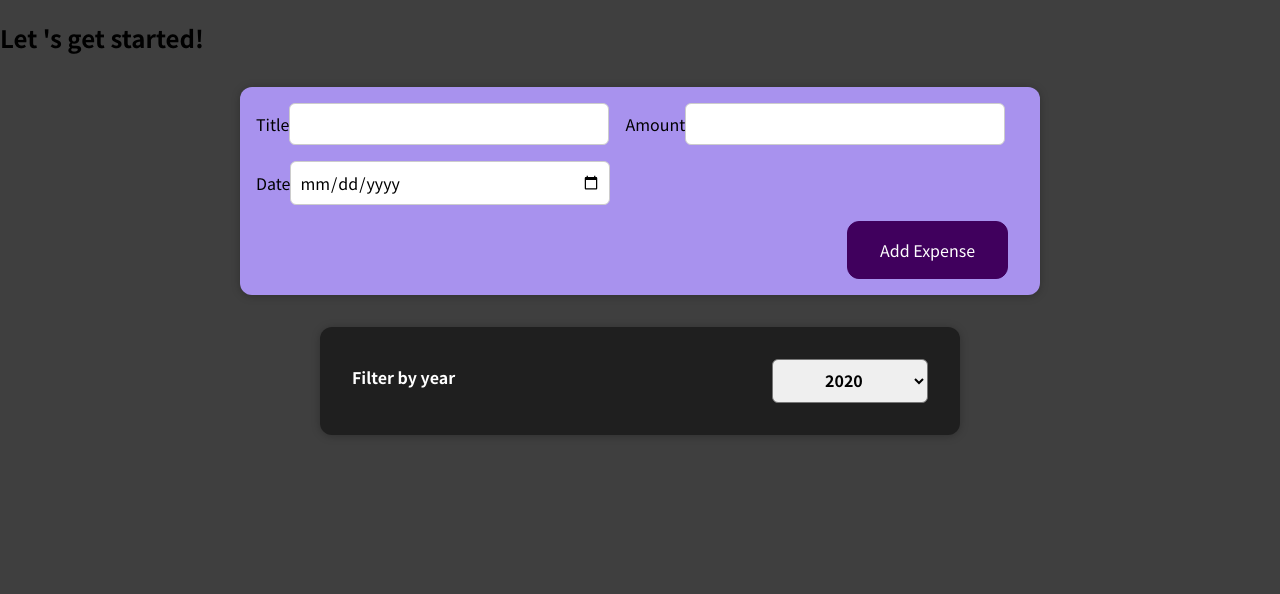
Repository: prathmeshgodbole/react-complete
Page: /
These files come from the project's save history. The page is drawn as it stood at one moment and after a run of saves; the edit follows.
The browser window is 1280 px wide. The pictures show the whole page.
The project was rebuilt for these pictures with package versions that can differ from the ones it lists, and the page was loaded fresh each time. Also part of the build but not shown: src/components/Expenses/ExpensesList.css.

Above is the page before, as saved 2021-07-06 17:06:21.

### src/App.js
import React,{useState} from "react";
import Expenses from "./components/Expenses/Expenses";
import NewExpense from "./components/NewExpense/NewExpense";

const DUMMY_EXPENSES = [
  {
    id: 'e1',
    title: 'Toilet Paper',
    amount: 94.12,
    date: new Date(2020, 7, 14),
  },
  { id: 'e2', title: 'New TV', amount: 799.49, date: new Date(2021, 2, 12) },
  {
    id: 'e3',
    title: 'Car Insurance',
    amount: 294.67,
    date: new Date(2021, 2, 28),
  },
  {
    id: 'e4',
    title: 'New Desk (Wooden)',
    amount: 450,
    date: new Date(2021, 5, 12),
  },
];

  const App=()=>{
    const[expenses,setExpenses]=useState(DUMMY_EXPENSES);

  const addExpenseHandler=expense=>{
    setExpenses(prevExpenses=>{
      return[expense,...prevExpenses]
    });
  };

  // return React.createElement(
  //   "div",
  //   {},
  //   React.createElement("h2", {}, "Let's get started.!"),
  //   React.createElement(Expenses, { items: expenses })
  // );

return (
    <div>
      <h2> Let 's get started!</h2>
      <NewExpense onAddExpense={addExpenseHandler}/>
     <Expenses items={expenses}/>
    </div>
  );
}


export default App;

### src/components/Expenses/Expenses.js
import React, { useState } from "react";
import ExpensesList from "./ExpensesList";
import "./Expenses.css";
import Card from "../UI/Card";
import ExpenseFilter from "./ExpenseFilter";

const Expenses = (props) => {
  const [filteredYear, setFilteredYear] = useState("2020");

  const filterChangeHandler = (selectedYear) => {
    setFilteredYear(selectedYear);
  };

  const filteredExpenses = props.items.filter((expense) => {
    return expense.date.getFullYear().toString() === filteredYear;
  });


  return (
    <div>
      <Card className="expenses">
        <ExpenseFilter
          selected={filteredYear}
          onChangeFilter={filterChangeHandler}
        />
        <ExpensesList items={filteredExpenses}/>
        {/* {expensesContent} */}
        {/* 2nd way of Conditional Statement */}
        {/* {filteredExpenses.length === 0 && <p>No Expences Item Found</p>}
        {filteredExpenses.length > 0 &&
          filteredExpenses.map((expense) => (
            <ExpenseItem
              key={expense.id}
              title={expense.title}
              amount={expense.amount}
              date={expense.date}
            />
          ))} */}

        {/* <ExpenseItem
        title={props.items[0].title}
        amount={props.items[0].amount}
        date={props.items[0].date}
      />
      <ExpenseItem
        title={props.items[1].title}
        amount={props.items[1].amount}
        date={props.items[1].date}
      />
      <ExpenseItem
        title={props.items[2].title}
        amount={props.items[2].amount}
        date={props.items[2].date}
      />
      <ExpenseItem
        title={props.items[3].title}
        amount={props.items[3].amount}
        date={props.items[3].date}
      /> */}
      </Card>
    </div>
  );
};

export default Expenses;

### src/components/NewExpense/NewExpense.js
import React from "react";
import ExpenseForm from "./ExpenseForm";
import "./NewExpense.css";
const NewExpense = (props) => {
  const saveExpenseDataHandler = (enteredExpenseData) => {
    const expenseData = {
      ...enteredExpenseData,
      id: Math.random().toString(),
    };
    props.onAddExpense(expenseData);
    // console.log(expenseData);
  };
  return (
    <div className="new-expense">
      <ExpenseForm onSaveExpenseData={saveExpenseDataHandler} />
    </div>
  );
};
export default NewExpense;

### src/components/Expenses/ExpensesList.js
import React from "react";
import ExpenseItem from "./ExpenseItem";
import "./ExpensesList.css";
const ExpensesList = (props) => {
  // Best Way of Conditional Statement
  let expensesContent = <p>No Expences Item Found</p>;
  if (props.items.length === 0) {
    expensesContent = props.items.map((expense) => (
      <ExpenseItem
        key={expense.id}
        title={expense.title}
        amount={expense.amount}
        date={expense.date}
      />
    ));
  }
  return(
      <ul className='.expenses-list'>
{}
      </ul>
  )
};
export default ExpensesList;

### src/components/Expenses/Expenses.css
.expenses {
    padding: 1rem;
    background-color: rgb(31, 31, 31);
    margin: 2rem auto;
    width: 50rem;
    max-width: 50%;
}

### src/components/UI/Card.js
import React from "react";

import "./Card.css";
const Card = (props) => {
  const classes = "card " + props.className;
  return <div className={classes}> {props.children} </div>;
};

export default Card;

### src/components/Expenses/ExpenseFilter.js
import React from "react";
import "./ExpenseFilter.css";
const ExpenseFilter = (props) => {
  const dropdownChangeHandler = (event) => {
    props.onChangeFilter(event.target.value);
  };
  return (
    <div className="expenses-filter">
      <div className="expenses-filter__control">
        <label> Filter by year </label>
        <select value={props.selected} onChange={dropdownChangeHandler}>
          <option value="2021"> 2021 </option>
          <option value="2022"> 2022 </option>
          <option value="2020"> 2020 </option>
          <option value="2019"> 2019 </option>
        </select>
      </div>
    </div>
  );
};

export default ExpenseFilter;

### src/components/NewExpense/ExpenseForm.js
import React, { useState } from "react";
import "./ExpenseForm.css";

const ExpenseForm = (props) => {
  const [enteredTitle, setEnteredTitle] = useState('');
  const [enteredAmount, setEnteredAmount] = useState('');
  const [enteredDate, setEnteredDate] = useState('');

  // const[userInput,setUserInput]=useState({
  //     enteredTitle:'',
  //     enteredAmount:'',
  //     enteredDate:''
  // });

  const titleChangeHandler = (event) => {
    setEnteredTitle(event.target.value);

    //  2nd Way
    // setUserInput({
    //   ...userInput,
    //   enteredTitle:event.target.value,
    // })

    // 3rd Way
    //     setUserInput((prevState)=>{
    // return{...prevState,enteredTitle:event.target.value};
    //     });
  };

  const amountChangeHandler = (event) => {
    setEnteredAmount(event.target.value);
    // setUserInput({
    //   ...userInput,
    //   enteredAmount:event.target.value,
    // })
  };

  const dateChangeHandler = (event) => {
    setEnteredDate(event.target.value);
    // setUserInput({
    //   ...userInput,
    //   enteredDate:event.target.value,
    // })
  };

  const submitHandler = (event) => {
    event.preventDefault();
    const expenseData = {
      title: enteredTitle,
      amount: enteredAmount,
      date: new Date(enteredDate),
    };
    props.onSaveExpenseData(expenseData);
    // console.log(expenseData);
    setEnteredTitle('');
    setEnteredAmount('');
    setEnteredDate('');
  };

  return (
    <form onSubmit={submitHandler}>
      <div className='new-expense__controls'>
        <div className='new-expense__control'>
          <lable>Title</lable>
          <input
            type='text'
            value={enteredTitle}
            onChange={titleChangeHandler}
          />
        </div>

        <div className='new-expense__control'>
          <lable>Amount</lable>
          <input
            type='number'
            min='0.01'
            step='0.01'
            value={enteredAmount}
            onChange={amountChangeHandler}
          />
        </div>

        <div className='new-expense__control'>
          <lable>Date</lable>
          <input
            type='date'
            min='2019-01-01'
            max='2022-12-31'
            value={enteredDate}
            onChange={dateChangeHandler}
          />
        </div>
      </div>

      <div className='new-expense__actions'>
        <button type='Submit'>Add Expense</button>
      </div>
    </form>
  );
};
export default ExpenseForm;

### src/components/NewExpense/NewExpense.css
.new-expense {
    background-color: #a892ee;
    padding: 1rem;
    margin: 2rem auto;
    width: 50rem;
    max-width: 95%;
    border-radius: 12px;
    text-align: center;
    box-shadow: 0 1px 8px rgba(0, 0, 0, 0.25);
}

.new-expense button {
    font: inherit;
    cursor: pointer;
    padding: 1rem 2rem;
    border: 1px solid #40005d;
    background-color: #40005d;
    color: white;
    border-radius: 12px;
    margin-right: 1rem;
}

.new-expense button:hover,
.new-expense button:active {
    background-color: #510674;
    border-color: #510674;
}

.new-expense button.alternative {
    color: #220131;
    border-color: transparent;
    background-color: transparent;
}

.new-expense button.alternative:hover,
.new-expense button.alternative:active {
    background-color: #ddb3f8;
}

### src/components/UI/Card.css
    .card {
        border-radius: 12px;
        box-shadow: 0 1px 8px rgba(0, 0, 0, 0.25);
    }

### src/components/Expenses/ExpenseItem.js
import React from "react";
import ExpenseDate from "./ExpenseDate";
import Card from "../UI/Card";
import "./ExpenseItem.css";

const ExpenseItem = (props) => {

  console.log('ExpenseItem Evaluated by REACT..!');
  // let title=props.title;

  // function clickHandler(){}


  return (
    <Card className='expense-item'>
      <ExpenseDate date={props.date} />
      <div className='expense-item__description'>
        <h2> {props.title} </h2>
        <div className='expense-item__price'> $ {props.amount} </div>
      </div>
    </Card>
  );
};
export default ExpenseItem;

### src/components/Expenses/ExpenseDate.js
import React from "react";

import "./ExpenseDate.css";
const ExpenseDate = (props) => {
  const month = props.date.toLocaleString('en-US', { month: 'long' });
  const year = props.date.getFullYear();
  const day = props.date.toLocaleString('en-US', { day: '2-digit' });

  return (
    <div className='expense-date'>
      <div className='expense-date__month'> {month} </div>
      <div className='expense-date__year'> {year} </div>
      <div className='expense-date__day'> {day} </div>
    </div>
  );
};

export default ExpenseDate;

### src/components/Expenses/ExpenseItem.css
.expense-item {
    display: flex;
    justify-content: space-between;
    align-items: center;
    padding: 0.5rem;
    margin: 1rem 0;
    background-color: #4b4b4b;
}

.expense-item__description {
    display: flex;
    flex-direction: column;
    gap: 1rem;
    align-items: flex-end;
    flex-flow: column-reverse;
    justify-content: flex-start;
    flex: 1;
}

.expense-item h2 {
    color: #3a3a3a;
    font-size: 1rem;
    flex: 1;
    margin: 0 1rem;
    color: white;
}

.expense-item__price {
    font-size: 1rem;
    font-weight: bold;
    color: white;
    background-color: #40005d;
    border: 1px solid white;
    padding: 0.5rem;
    border-radius: 12px;
}

@media (min-width: 580px) {
    .expense-item__description {
        flex-direction: row;
        align-items: center;
        justify-content: flex-start;
        flex: 1;
    }
    .expense-item__description h2 {
        font-size: 1.25rem;
    }
    .expense-item__price {
        font-size: 1.25rem;
        padding: 0.5rem 1.5rem;
    }
}

Loaded but not shown: public/index.html (common file); src/index.js (common file); src/index.css (common file); src/components/Expenses/ExpenseFilter.css (common file); src/components/NewExpense/ExpenseForm.css (common file); src/components/Expenses/ExpenseDate.css (common file)

After the next 6 saves:
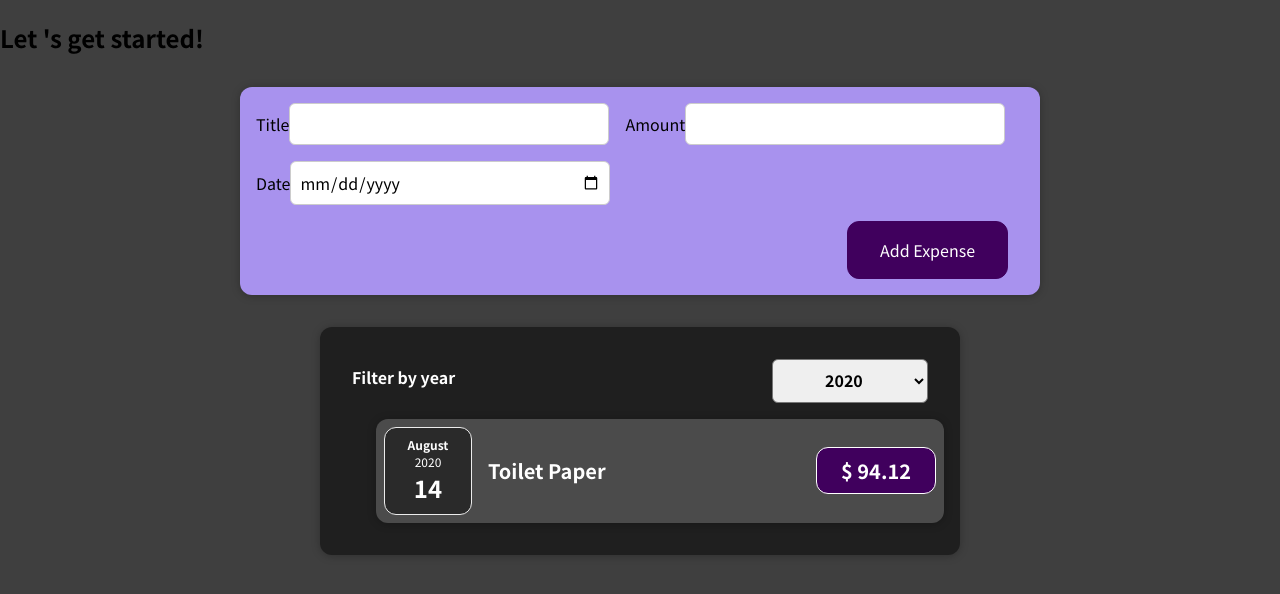
The 6 saves are shown as one change because 3 did not build or start and some came seconds apart.
The last was saved 85 s later.
--- a/src/components/Expenses/ExpensesList.js
+++ b/src/components/Expenses/ExpensesList.js
@@ -5,18 +5,18 @@ const ExpensesList = (props) => {
   // Best Way of Conditional Statement
   let expensesContent = <p>No Expences Item Found</p>;
   if (props.items.length === 0) {
-    expensesContent = props.items.map((expense) => (
+return(<h2></h2>)
+}
+  return(
+      <ul className='.expenses-list'>
+{props.items.map((expense) => (
       <ExpenseItem
         key={expense.id}
         title={expense.title}
         amount={expense.amount}
         date={expense.date}
       />
-    ));
-  }
-  return(
-      <ul className='.expenses-list'>
-{}
+    ))}
       </ul>
   )
 };
